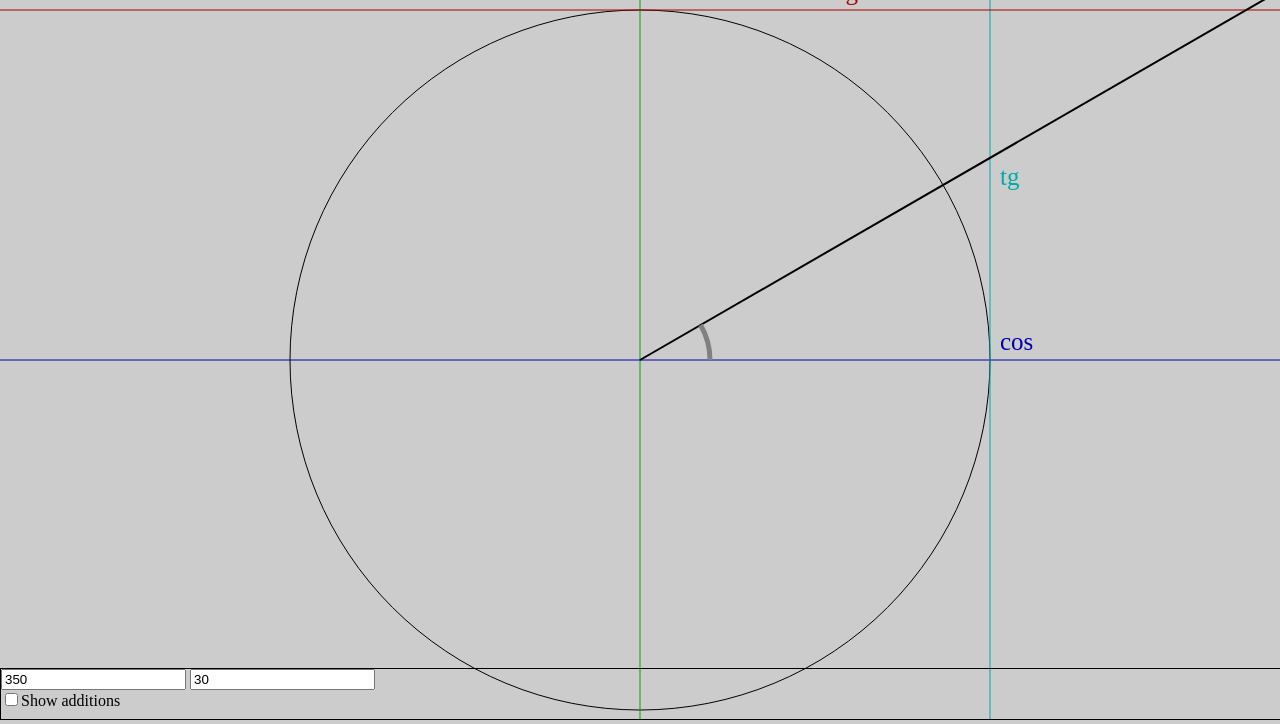
Repository: BraynStorm/braynstorm.github.io
Page: JSDrawing/index.html
An editor plug-in stored every save of this project. The page is shown before and after a run of saves, followed by the edit.
The browser window is 1280 px wide. The pictures show the whole page.

Above is the page before, as saved 2015-02-24 20:49:00.

### JSDrawing/index.html
<!DOCTYPE html>
<html>
	<head>
		<meta charset="UTF-8">
		<title>Insert title here</title>
		<link rel="stylesheet" type="text/css" href="main.css"/>
		<script type="text/javascript" src="js/jquery-2.1.3.min.js"></script>
		<script type="text/javascript" src="js/swgDrawing.js"></script>

	</head>
	<body>
		<div id="content">
			<svg width="100%" height="100%">
				<circle id="mainCircle" fill="none" stroke="black" />
				<line stroke-width="1" id="sinAxis" />
				<line stroke-width="1" id="cosAxis" />

				<line stroke-width="1" id="tgAxis" />
				<line stroke-width="1" id="cotgAxis" />

				<text id="cosTxt" style="font-size:25px;">cos</text>
				<text id="sinTxt" style="font-size:25px;">sin</text>
				<text id="tgTxt" style="font-size:25px;">tg</text>
				<text id="cotgTxt" style="font-size:25px;">cotg</text>

				<line id="projectionSin" stroke-width="0"/>
				<line id="projectionCos" stroke-width="0"/>
				<!--  THE ANGLE -->

				<line id="angleArm" style="stroke:rgb(0,0,0);stroke-width:2;" />
				<path id="angleArc" stroke="grey" stroke-width="5" fill="none"/>
			</svg>
			<div id="menu">
				<input type="text" value="350" id="radiusBox" />
				<input type="text" value="30" id="angleBox" />
				<div id="showAdditionsBox"><input id="showAdditions" type="checkbox" />Show additions</div>
			</div>
		</div>
	</body>
</html>

### JSDrawing/main.css
@CHARSET "UTF-8";

body{
	background-color: #CCC;
	padding: 0;
	margin: 0;
	overflow: hidden;
}

svg{
	margin-top: 0px;
}


#menu{
	position: fixed;
	bottom: 0px;
	left:0px;

	height: 50px;
	width : 100%;
	border : 1px solid black;
}

### JSDrawing/js/swgDrawing.js
$(document).ready(function (){
	var angleBox	= $("#angleBox");
	var radiusBox	= $("#radiusBox");
	var beginX		= window.innerWidth/2;
	var beginY		= window.innerHeight/2;

	var sinColor = "#00AA00";
	var cosColor = "#0000AA";
	var tgColor = "#00AAAA";
	var cotgColor = "#AA0000";

	var radius		= 100;

	var svg			= $('svg');

	var circle		= $('#mainCircle');
	var showAdditions = $("#showAdditions");

	var sinAxis 	= $("#sinAxis");
	var cosAxis		= $("#cosAxis");
	var tgAxis		= $("#tgAxis");
	var cotgAxis	= $("#cotgAxis");

	var sinTxt 		= $("#sinTxt");
	var cosTxt		= $("#cosTxt");
	var tgTxt		= $("#tgTxt");
	var cotgTxt		= $("#cotgTxt");



	var angleArm	= $("#angleArm");
	var angleArc	= $("#angleArc");

	var projectionSin = $("#projectionSin");
	var projectionCos = $("#projectionCos");

	radiusBox.keypress(function (){
		init();
	});

	function init(){
		radius = parseInt(radiusBox.val());
		svg.css({
			width:  window.innerWidth,
			height: window.innerHeight
		});

		circle.attr({
			cx : beginX,
			cy : beginY,
			r : radius
		});

		sinAxis.attr({
			x1: beginX,
			y1: 0,
			x2: beginX,
			y2: window.innerHeight,
			stroke: sinColor
		});


		cosAxis.attr({
			x1: 0,
			y1: beginY,
			x2: window.innerWidth,
			y2: beginY,
			stroke: cosColor
		});


		tgAxis.attr({
			x1: beginX + radius,
			y1: 0,
			x2: beginX + radius,
			y2: window.innerHeight,
			stroke: tgColor
		});

		cotgAxis.attr({
			x1: 0,
			y1: beginY - radius,
			x2: window.innerWidth,
			y2: beginY - radius,
			stroke: cotgColor
		});

		angleArm.attr({
			x1: beginX,
			y1: beginY
		});

		sinTxt.attr({
			x: beginX + 10,
			y: beginY - radius - 10,
			fill: sinColor
		});

		cosTxt.attr({
			x: beginX + radius + 10,
			y: beginY - 10,
			fill: cosColor
		})

		tgTxt.attr({
			x: beginX + radius + 10,
			y: beginY - (radius/2),
			fill: tgColor
		});

		cotgTxt.attr({
			x: beginX + (radius / 2),
			y : beginY - radius - 10,
			fill: cotgColor
		});


		projectionSin.attr({
			x1: beginX,
			y1: beginY,
			x2: beginX,
			y2: beginY,
			stroke: sinColor
		});

		projectionCos.attr({
			x1: beginX,
			y1: beginY,
			x2: beginX,
			y2: beginY,
			stroke: cosColor
		});

	};

	showAdditions.click(function (){
		if(showAdditions.is(":checked")){
			projectionSin.attr("stroke-width","2");
			projectionCos.attr("stroke-width","2");
		}else{
			projectionSin.attr("stroke-width","0");
			projectionCos.attr("stroke-width","0");
		}
	});

	init();

	var angle = 0;

	var animator;

	animateAngle();

	function animateAngle(){
		var toAngle = parseInt(angleBox.val());

		if(angle-toAngle > 0){
			angle -= 1;
		}else if (angle-toAngle < 0){
			angle += 1;
		}

		var radians = angle * (Math.PI / 180);

		x = beginX + (Math.cos(radians) * radius);
		y = beginY - (Math.sin(radians) * radius);

		var xb = beginX + (Math.cos(radians) * radius * 4);
		var yb = beginY - (Math.sin(radians) * radius * 4);

		projectionCos.attr({
			x2: x,
			y1: y,
			y2: y
		});

		projectionSin.attr({
			x1: x,
			x2: x,
			y2: y
		});


		angleArm.attr("x2", xb);
		angleArm.attr("y2", yb);

		angleArc.attr("d", describeArc(beginX, beginY, radius/5, 90-angle, 90));


		animator = setTimeout(animateAngle, 15);
	}

	function describeArc(x, y, radius, startAngle, endAngle){

	    var start = polarToCartesian(x, y, radius, endAngle);
	    var end = polarToCartesian(x, y, radius, startAngle);

	    var arcSweep = endAngle - startAngle <= 180 ? "0" : "1";

	    var d = [
	        "M", start.x, start.y,
	        "A", radius, radius, 0, arcSweep, 0, end.x, end.y
	    ].join(" ");

	    return d;
	}
	function polarToCartesian(centerX, centerY, radius, angleInDegrees) {
		  var angleInRadians = (angleInDegrees-90) * Math.PI / 180.0;

		  return {
		    x: centerX + (radius * Math.cos(angleInRadians)),
		    y: centerY + (radius * Math.sin(angleInRadians))
		  };
		}

});

Loaded but not shown: JSDrawing/js/jquery-2.1.3.min.js (library)

After the next 2 saves:
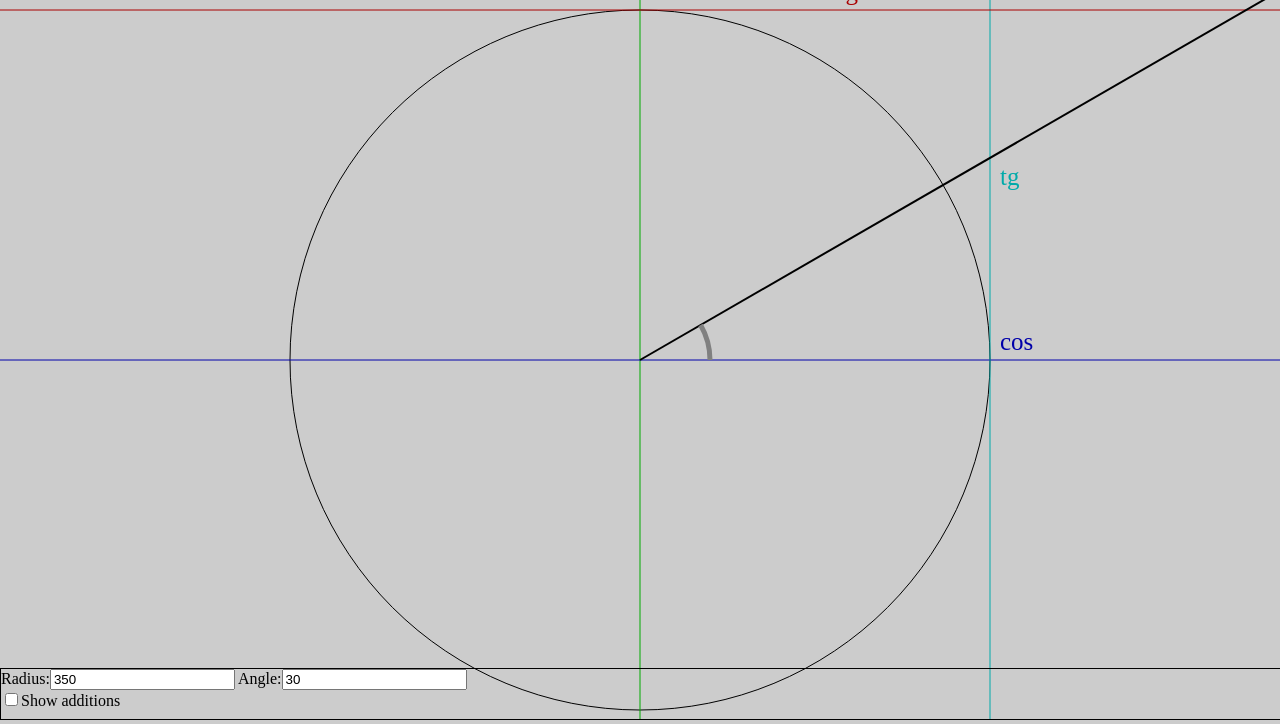
The 2 saves are shown as one change because they came seconds apart.
The last was saved 46 s later.
--- a/JSDrawing/index.html
+++ b/JSDrawing/index.html
@@ -31,8 +31,8 @@
 				<path id="angleArc" stroke="grey" stroke-width="5" fill="none"/>
 			</svg>
 			<div id="menu">
-				<input type="text" value="350" id="radiusBox" />
-				<input type="text" value="30" id="angleBox" />
+				<span>Radius:</span><input type="text" value="350" id="radiusBox" />
+				<span>Angle:</span><input type="text" value="30" id="angleBox" />
 				<div id="showAdditionsBox"><input id="showAdditions" type="checkbox" />Show additions</div>
 			</div>
 		</div>
